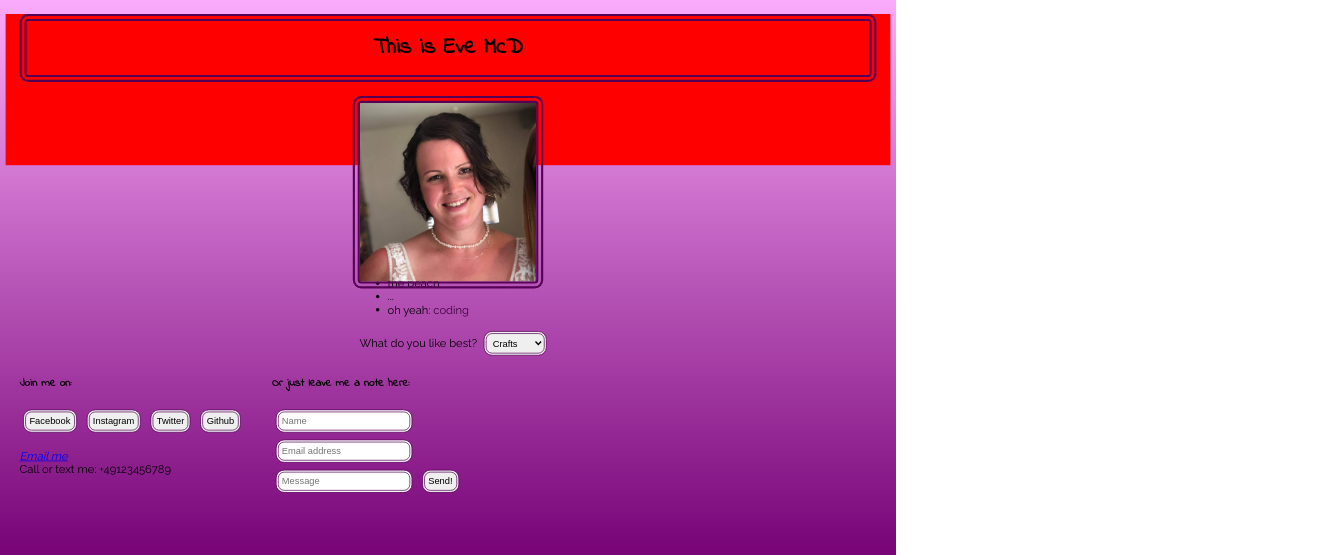
Repository: evemcd/Strive-Ignite-W1
Page: index.html
The author's editor kept a copy of each file at every save. The page is drawn from the files as they stood at one save, then again after the next save.
The browser window is 1280 px wide. The page is 1280 px wide, then 1909 px, so the pictures cover 1909 px, including what lies to the right of the window. The pictures show the part of the page from y = 0 to 1280 px (the page is 793 px tall before and 2483 px after), at 70% of full size.

Above is the page before, as saved 2021-01-17 20:27:02.

After the next save:
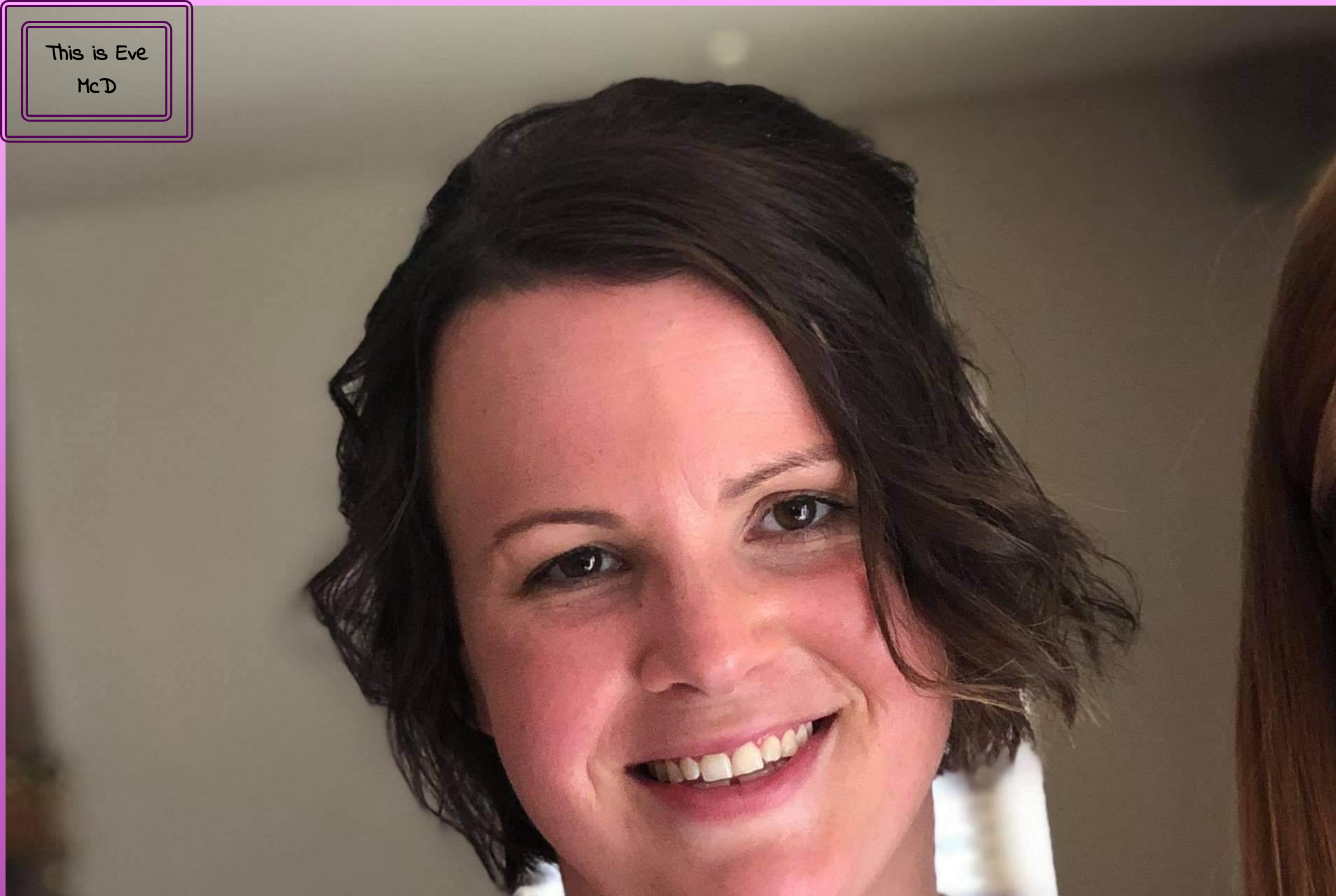
Saved 4 min 53 s later.
--- a/styles.css
+++ b/styles.css
@@ -39,23 +39,23 @@ h6 {
     text-align: center;
 }
 
-.center {
+/* .center {
     display: block;
     margin-left: auto;
     margin-right: auto;
     width: 20%;
     border: 10px double rgb(85, 1, 85);
     border-radius: 12px;
-}
+} */
 
-#header {
+/* #header {
     width: 100%;
     height: 30vh;
     position: relative;
     background-color: red;
-}
+} */
 
-.box1 {
+/* .box1 {
     width: 100px;
     height: 100px;
     background-color: green;
@@ -63,15 +63,15 @@ h6 {
     top: 10px;
     left: 10px;
     z-index: 2;
-}
+} */
 
-.header__title {
-    width: 50%;
-    background-color: blue;
+.header-title {
+    width: 20%;
     position: absolute;
     top: 0;
     left: 0;
-    height: 5vh;
+    border: 10px double rgb(85, 1, 85);
+    border-radius: 12px;
 }
 
 .socialbutton {
